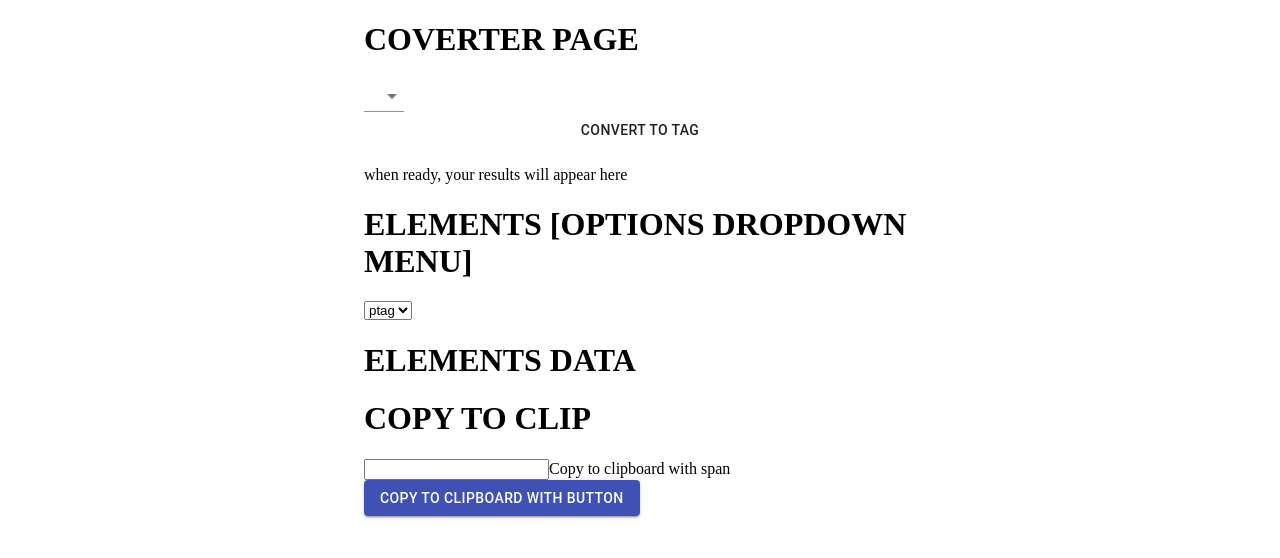
Repository: DevLuDaley/element-generator
Page: /
These files come from the project's save history. The page is drawn as it stood at one moment and after the next save; the edit follows.
The browser window is 1280 px wide. The pictures show the whole page.
The project was rebuilt for these pictures with package versions that can differ from the ones it lists, and the page was loaded fresh each time. Also part of the build but not shown: webpack.config.js, src/components/optionsArray.js.

Above is the page before, as saved 2020-12-23 20:00:34.

After the next save:
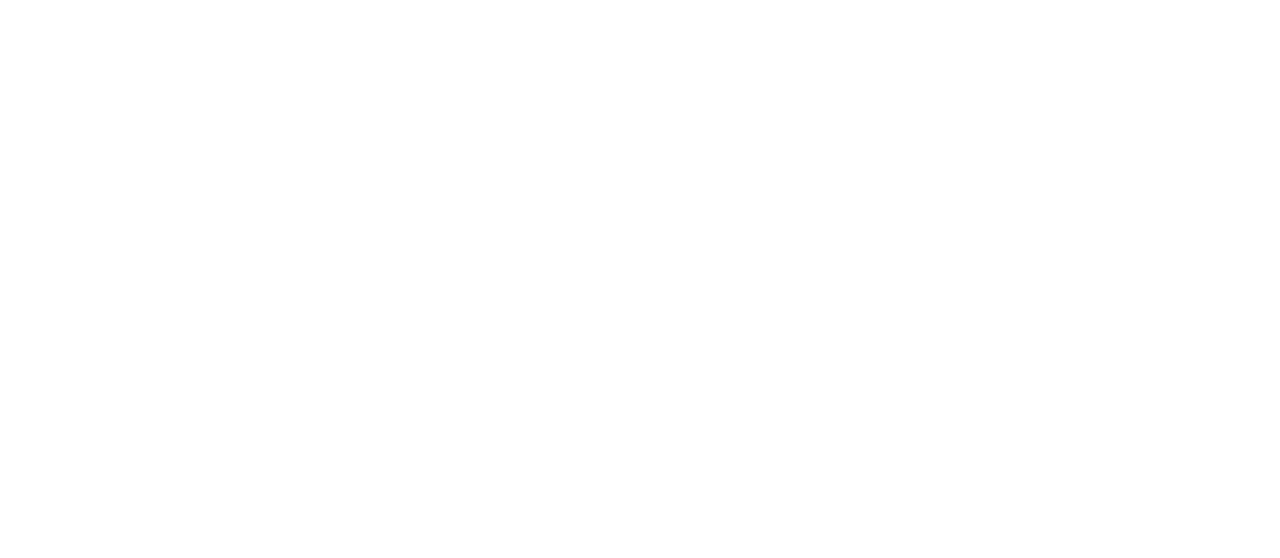
Console error: TypeError: Cannot read properties of undefined (reading 'value')
Saved 6 s later.
--- a/src/components/ConverterPage.js
+++ b/src/components/ConverterPage.js
@@ -63,7 +63,7 @@
         //   value={1}
           onChange={handleSubmit}
         >
-    { optionsArray ?
+    { !optionsArray ?
 
         optionsArray.map(option => <MenuItem value={option.value}>
             {option.key}

After the save that followed:
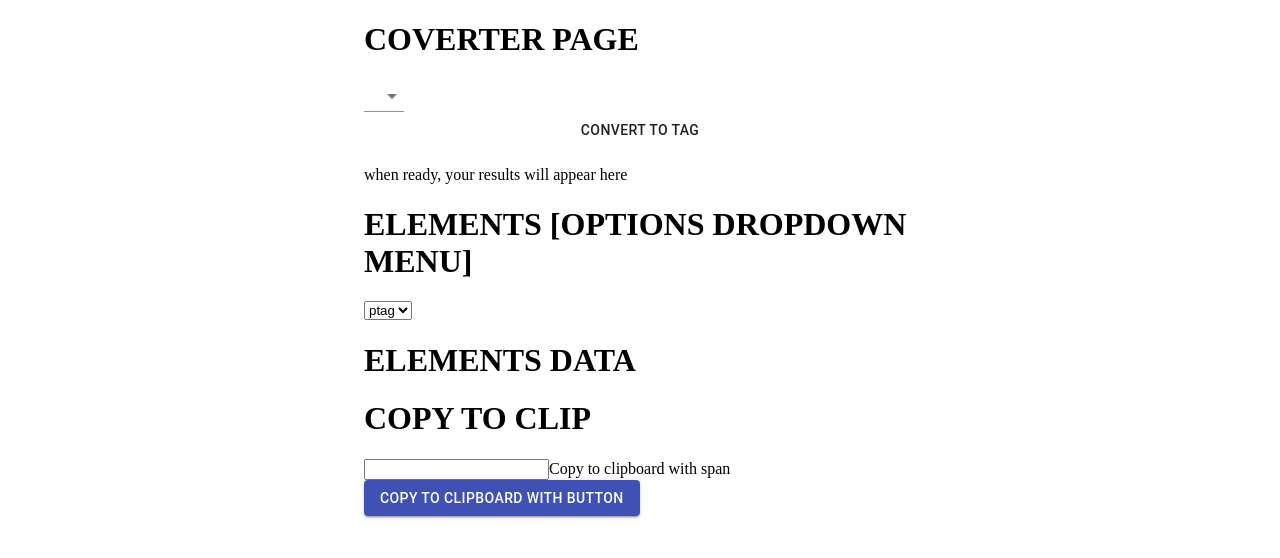
The error is gone.
Saved 34 s later.
--- a/src/components/ConverterPage.js
+++ b/src/components/ConverterPage.js
@@ -63,8 +63,7 @@
         //   value={1}
           onChange={handleSubmit}
         >
-    { !optionsArray ?
-
+    { optionsArray ?
         optionsArray.map(option => <MenuItem value={option.value}>
             {option.key}
         </MenuItem>)
